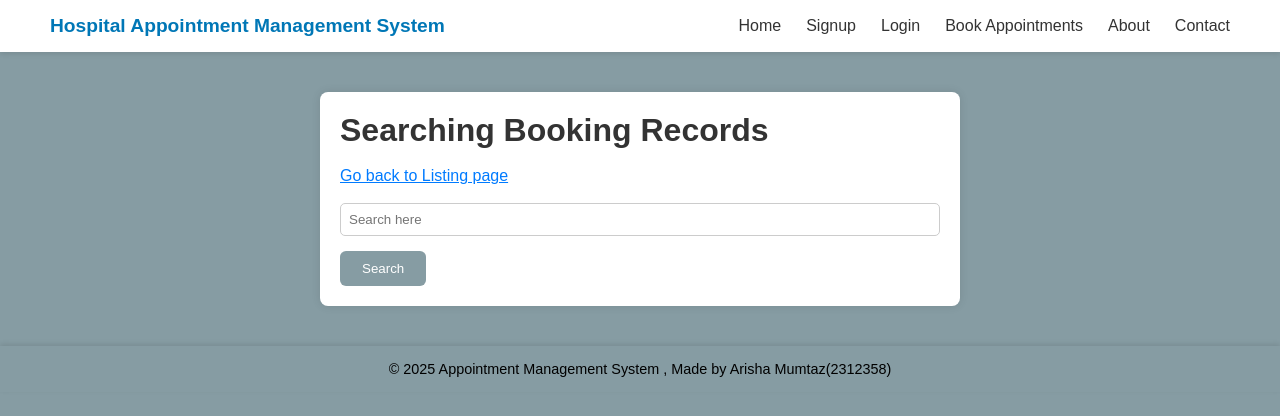
Repository: Arisha004/Hospital-Appointment-Management-System
Page: http://localhost/searching.php
The author's editor kept a copy of each file at every save. The page is drawn from the files as they stood at one save, then again after a run of saves.
The browser window is 1280 px wide. The pictures show the whole page.
The page is run by PHP 8.4 with error messages shown; the project is at /var/www/html/.

Above is the page before, as saved 2025-10-26 18:24:37.

After the next 2 saves:
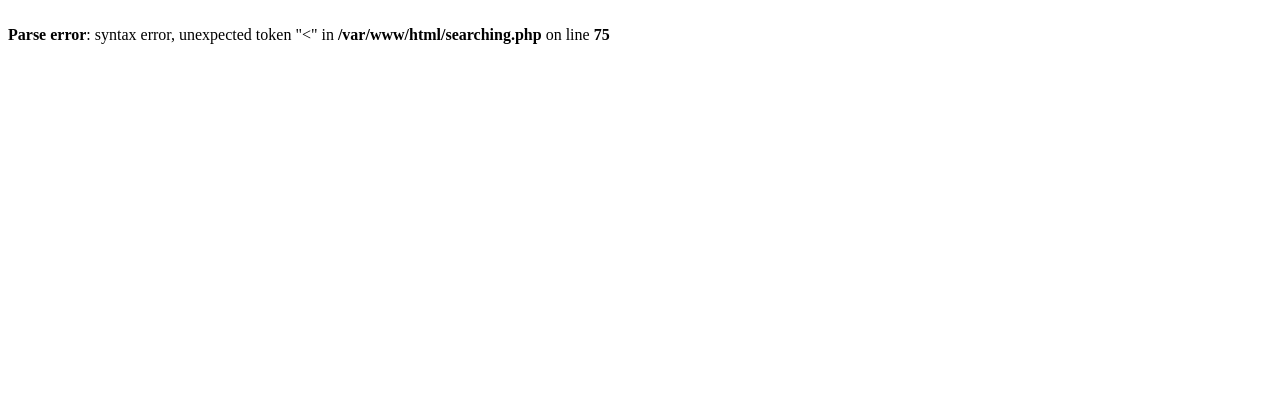
The 2 saves are shown as one change because they came seconds apart.
The last was saved 10 s later.
--- a/searching.php
+++ b/searching.php
@@ -72,7 +72,7 @@ include 'db.php';
 
 <?php
 if (isset($result) && $result->num_rows > 0){
-
+ <h1>Search Results:</h1>
 echo "<table border='1' cellpadding='10'>";
   echo   "<tr>
     <th>ID</th>
